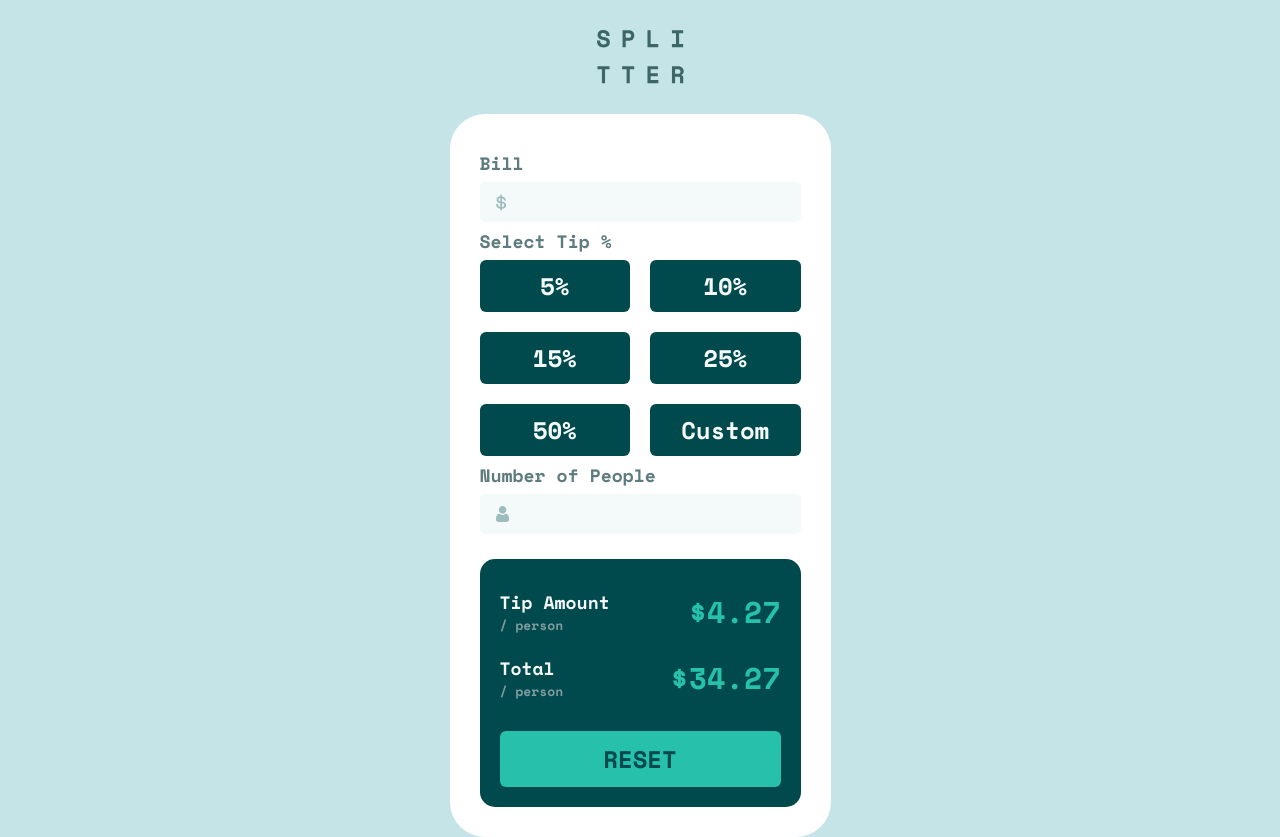
Repository: tomas938/tipcalculator
Page: /
These files come from the project's save history. The page is drawn as it stood at one moment and after the next save; the edit follows.
The browser window is 1280 px wide. The pictures show the whole page.
The project was rebuilt for these pictures with package versions that can differ from the ones it lists, and the page was loaded fresh each time.

Above is the page before, as saved 2021-08-04 11:07:41.

After the next save:
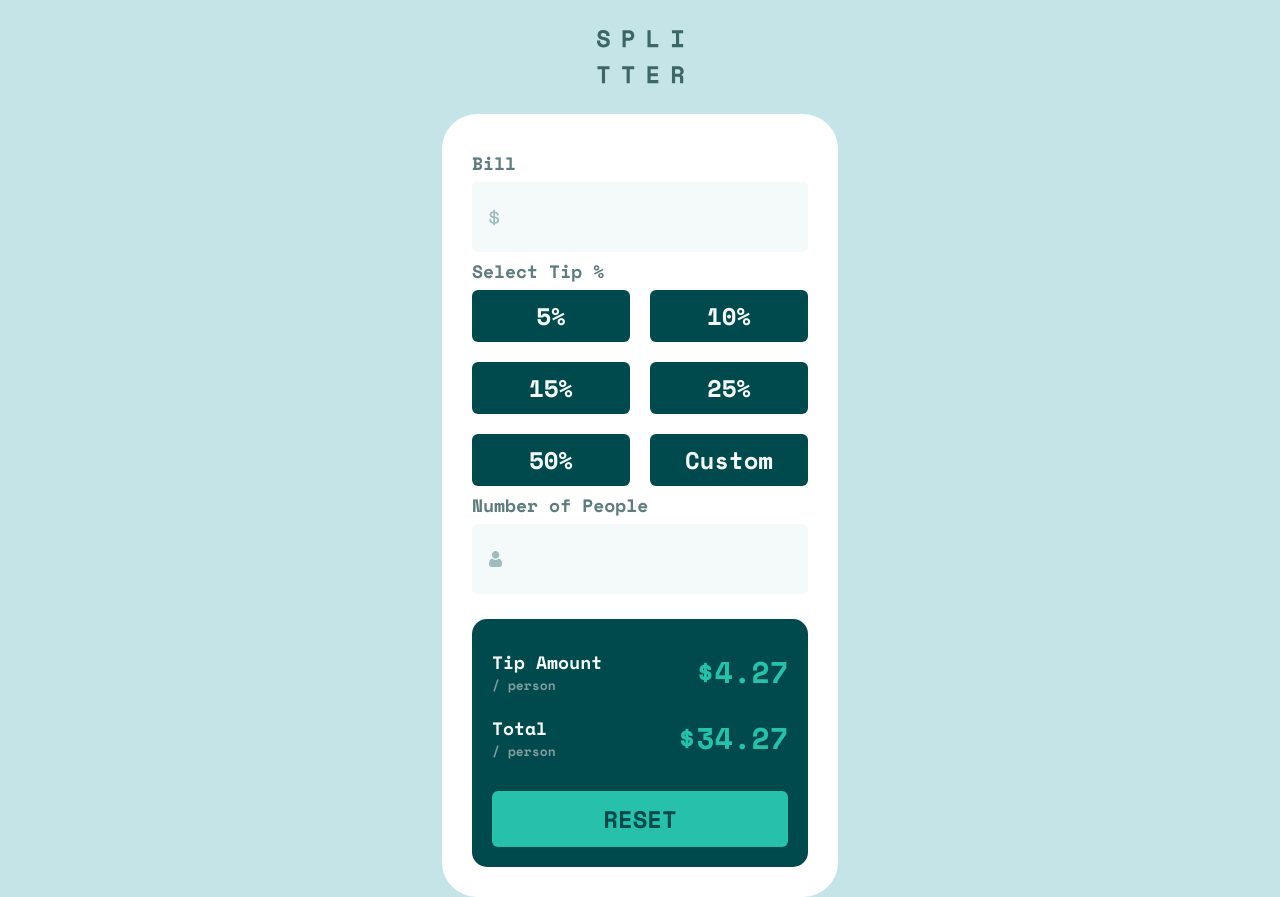
Saved 17 s later.
--- a/src/components/Splitter.vue
+++ b/src/components/Splitter.vue
@@ -158,7 +158,7 @@
 	color: hsl(183, 100%, 15%);
 	font-weight: 700;
 	text-align: right;
-	padding-right: 1.5rem;
+	padding: 1.5rem;
 
 	&:focus,
 	&:active {

After the save that followed:
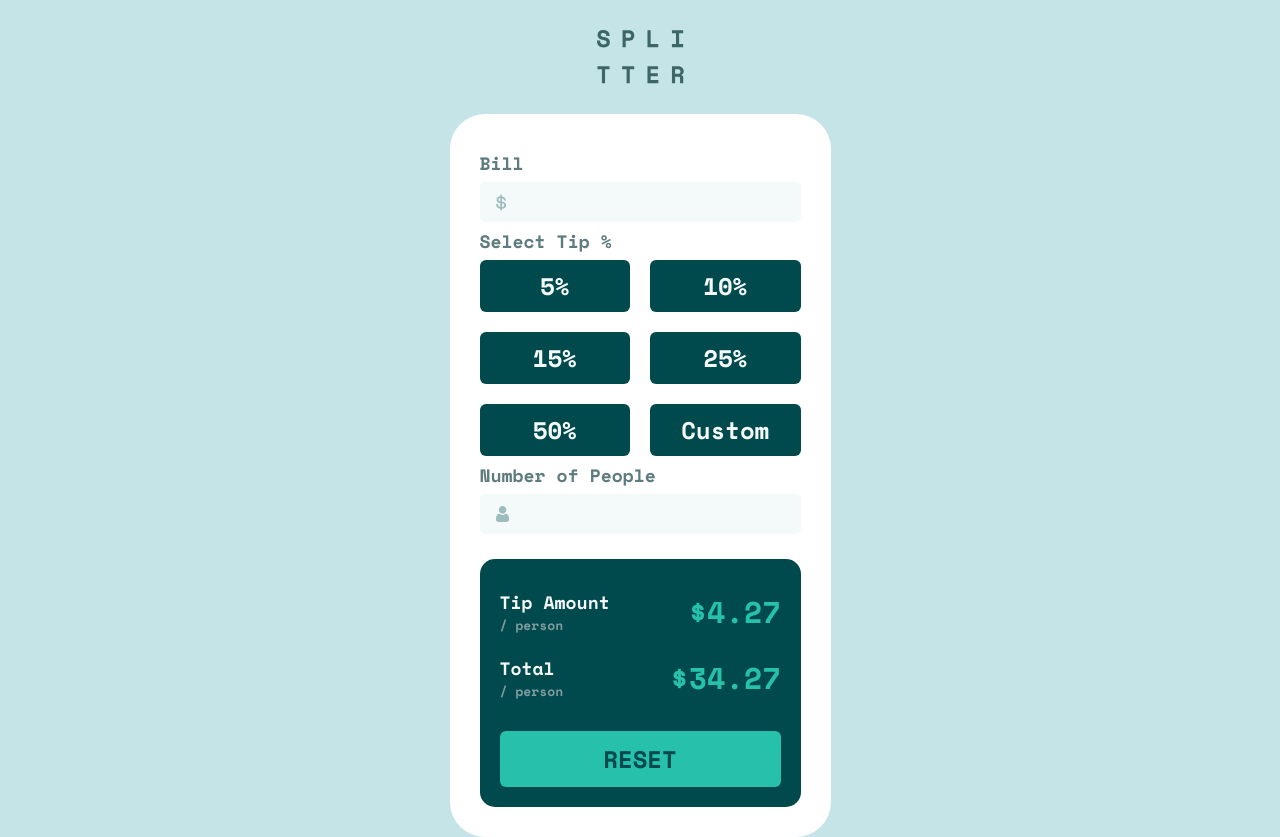
Saved 7 s later.
--- a/src/components/Splitter.vue
+++ b/src/components/Splitter.vue
@@ -158,7 +158,7 @@
 	color: hsl(183, 100%, 15%);
 	font-weight: 700;
 	text-align: right;
-	padding: 1.5rem;
+	padding-right: 1.5rem;
 
 	&:focus,
 	&:active {
